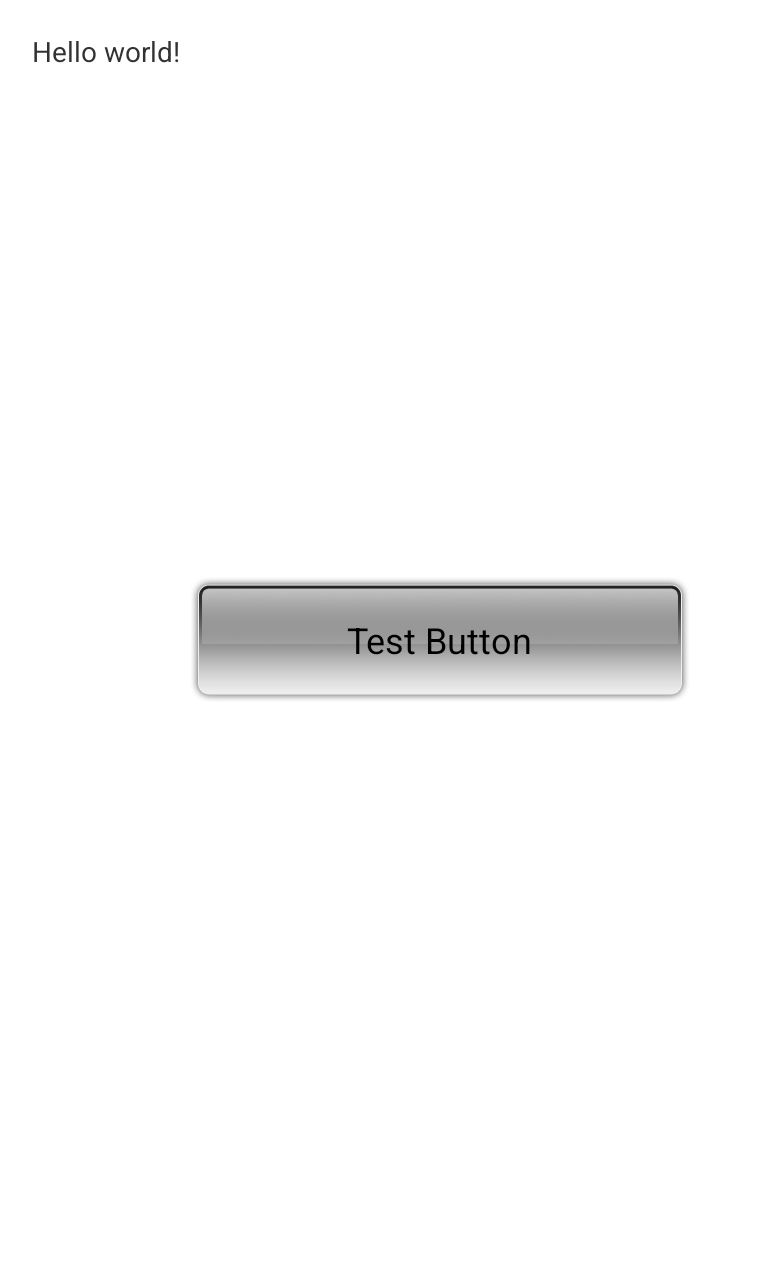
Repository: efreestone/Java2_Freestone
Layout: Java2Project1/res/layout/activity_main.xml
The author's editor kept a copy of each file at every save. The layout is drawn from the files as they stood at one save, then again after the next save.
It is drawn on a 768 x 1280 px phone screen (xhdpi) without system bars, with theme AppTheme; the app's code is not run.

Above is the layout before, as saved 2014-05-06 21:01:52.

### Java2Project1/res/layout/activity_main.xml
<LinearLayout xmlns:android="http://schemas.android.com/apk/res/android"
    xmlns:tools="http://schemas.android.com/tools"
    android:layout_width="match_parent"
    android:layout_height="match_parent"
    android:paddingBottom="@dimen/activity_vertical_margin"
    android:paddingLeft="@dimen/activity_horizontal_margin"
    android:paddingRight="@dimen/activity_horizontal_margin"
    android:paddingTop="@dimen/activity_vertical_margin"
    tools:context=".MainActivity" >

    <TextView
        android:layout_width="wrap_content"
        android:layout_height="wrap_content"
        android:text="@string/hello_world" />

    <Button
        android:id="@+id/newReleaseButton"

        android:layout_width="wrap_content"
        android:layout_height="wrap_content"
        android:layout_gravity="center"
        android:layout_margin="5dp"
        android:background="@drawable/button_background"
        android:clickable="true"
        android:text="Test Button"
        android:width="250dp" />

</LinearLayout>

### Java2Project1/res/values/strings.xml
<?xml version="1.0" encoding="utf-8"?>
<resources>

    <string name="app_name">Java2Project1</string>
    <string name="action_settings">Settings</string>
    <string name="hello_world">Hello world!</string>

</resources>

### Java2Project1/res/drawable-hdpi/button_background.xml
<?xml version="1.0" encoding="utf-8"?>
<selector xmlns:android="http://schemas.android.com/apk/res/android" >
    <!-- Button Image when pressed -->
    <item
        android:drawable="@drawable/gradient_pressed_9patch"
        android:state_pressed="true"/>

    <!-- Button Image -->
    <item
        android:drawable="@drawable/gradient_9patch"/>



</selector>

### Java2Project1/res/drawable-ldpi/button_background.xml
<?xml version="1.0" encoding="utf-8"?>
<selector xmlns:android="http://schemas.android.com/apk/res/android" >
    <!-- Button Image when pressed -->
    <item
        android:drawable="@drawable/gradient_pressed_9patch"
        android:state_pressed="true"/>

    <!-- Button Image -->
    <item
        android:drawable="@drawable/gradient_9patch"/>



</selector>

Loaded but not shown: Java2Project1/res/values/styles.xml (common file); Java2Project1/res/values-v11/styles.xml (common file); Java2Project1/res/values-v14/styles.xml (common file); Java2Project1/res/values/dimens.xml (common file)

After the next save:
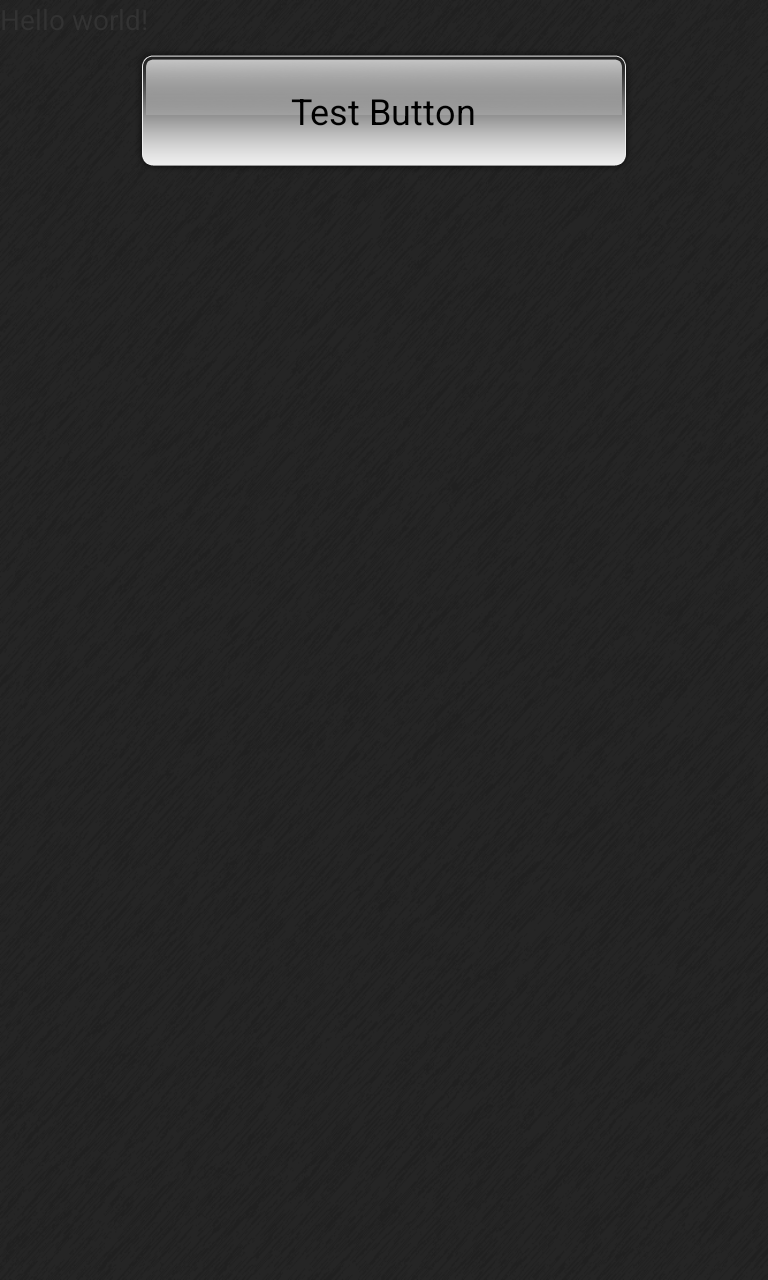
Saved 77 s later.
--- a/Java2Project1/res/layout/activity_main.xml
+++ b/Java2Project1/res/layout/activity_main.xml
@@ -1,12 +1,10 @@
+<?xml version="1.0" encoding="utf-8"?>
 <LinearLayout xmlns:android="http://schemas.android.com/apk/res/android"
-    xmlns:tools="http://schemas.android.com/tools"
+    android:id="@+id/parentView"
     android:layout_width="match_parent"
     android:layout_height="match_parent"
-    android:paddingBottom="@dimen/activity_vertical_margin"
-    android:paddingLeft="@dimen/activity_horizontal_margin"
-    android:paddingRight="@dimen/activity_horizontal_margin"
-    android:paddingTop="@dimen/activity_vertical_margin"
-    tools:context=".MainActivity" >
+    android:orientation="vertical"
+    android:background="@drawable/main_background">
 
     <TextView
         android:layout_width="wrap_content"
